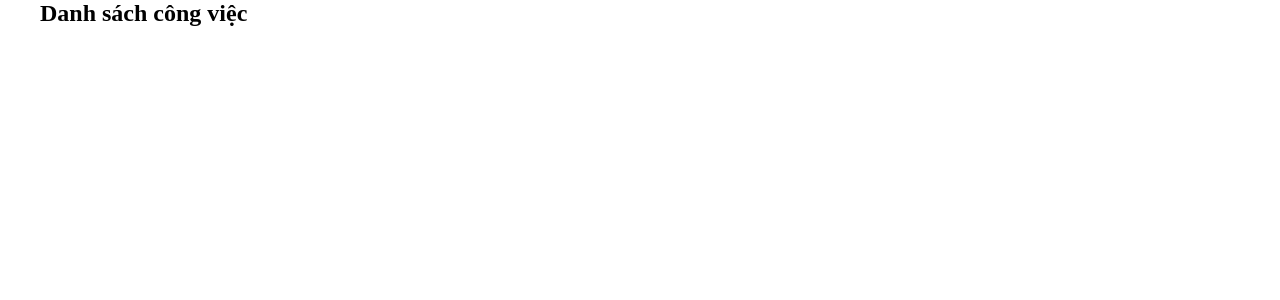
Repository: OkazakiTruong/searchReact
Page: /
The author's editor kept a copy of each file at every save. The page is drawn from the files as they stood at one save, then again after the next save.
The browser window is 1280 px wide. The pictures show the whole page.
The page's requests for data from a server got no answer. The project was rebuilt for these pictures with package versions that can differ from the ones it lists, and the page was loaded fresh each time. No one was signed in, and anything a server would have sent is missing. Also part of the build but not shown: vite.config.js.

Above is the page before, as saved 2024-01-11 13:39:05.

### src/App.jsx
import React from "react";
import { SearchAppContainer } from "./SearchApp/SearchAppContainer";

export const App = () => {
  return (
    <div className="app">
      <SearchAppContainer />
    </div>
  );
};

### src/index.css
* {
  padding: 0;
  margin: 0;
  box-sizing: border-box;
}
.app {
  max-width: 1250px;
  padding: 0 25px;
  margin: 0 auto;
}

### src/SearchApp/SearchAppContainer.jsx
import React, { useCallback, useEffect, useState } from "react";
import { ListTodo } from "./Todo/ListTodo";

export const SearchAppContainer = () => {
  const [todos, setTodos] = useState(null);
  useEffect(() => {
    //fetch api
    fetch("https://jsonplaceholder.typicode.com/todos", {
      method: "GET",
      headers: {
        "Content-type": "application/json",
      },
    })
      .then((response) => response.json())
      .then((data) => {
        setTodos(data);
      });
  }, []);
  return (
    <div>
      <ListTodo todos={todos} />
    </div>
  );
};

### src/SearchApp/Todo/ListTodo.jsx
import React from "react";

export const ListTodo = ({ todo }) => {
  return (
    <>
      <h2>Danh sách công việc</h2>
    </>
  );
};

Loaded but not shown: index.html (common file); src/main.jsx (common file)

After the next save:
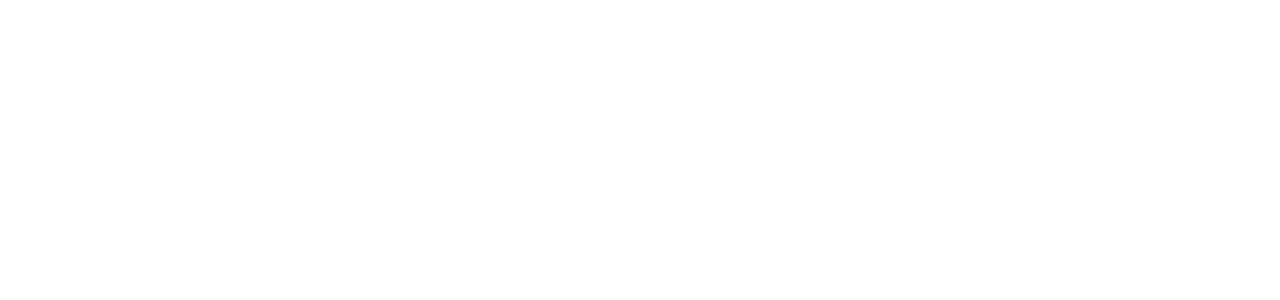
Console error: TypeError: Cannot read properties of null (reading 'map')
Saved 21 s later.
--- a/src/SearchApp/Todo/ListTodo.jsx
+++ b/src/SearchApp/Todo/ListTodo.jsx
@@ -1,9 +1,12 @@
 import React from "react";
 
-export const ListTodo = ({ todo }) => {
+export const ListTodo = ({ todos }) => {
   return (
     <>
       <h2>Danh sách công việc</h2>
+      {todos
+        ? "Hiện không có công việc nào!!"
+        : todos.map((todo) => todo.title)}
     </>
   );
 };

After the save that followed:
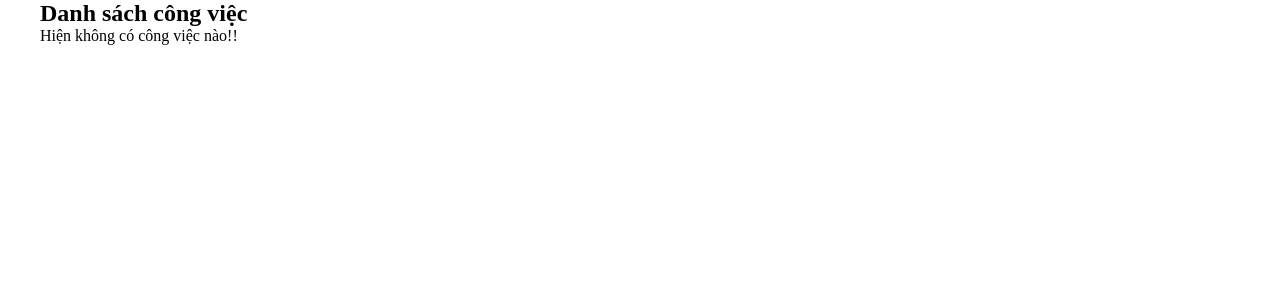
The error is gone.
Saved 8 s later.
--- a/src/SearchApp/Todo/ListTodo.jsx
+++ b/src/SearchApp/Todo/ListTodo.jsx
@@ -4,7 +4,7 @@
   return (
     <>
       <h2>Danh sách công việc</h2>
-      {todos
+      {!todos
         ? "Hiện không có công việc nào!!"
         : todos.map((todo) => todo.title)}
     </>
